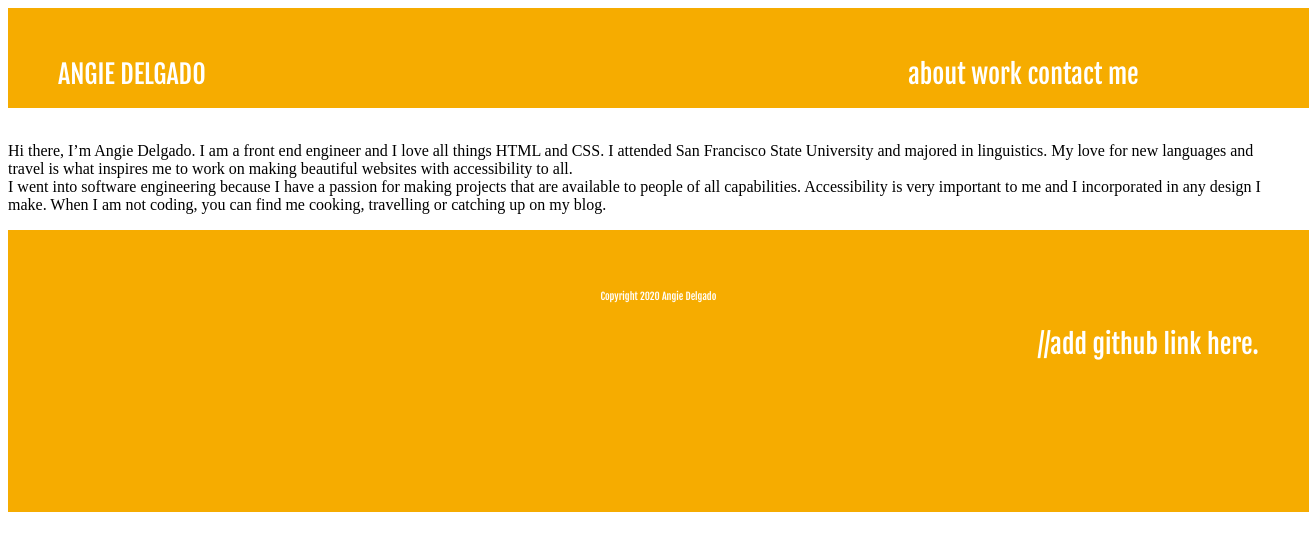
Repository: seleniadelgado/meda-spring2020-angie
Page: projects/portfolio/index.html
These files come from the project's save history. The page is drawn as it stood at one moment and after the next save; the edit follows.
The browser window is 1280 px wide. The page is 1309 px wide, so the pictures cover 1309 px, including what lies to the right of the window. The pictures show the whole page.

Above is the page before, as saved 2020-03-02 11:02:48.

After the next save:
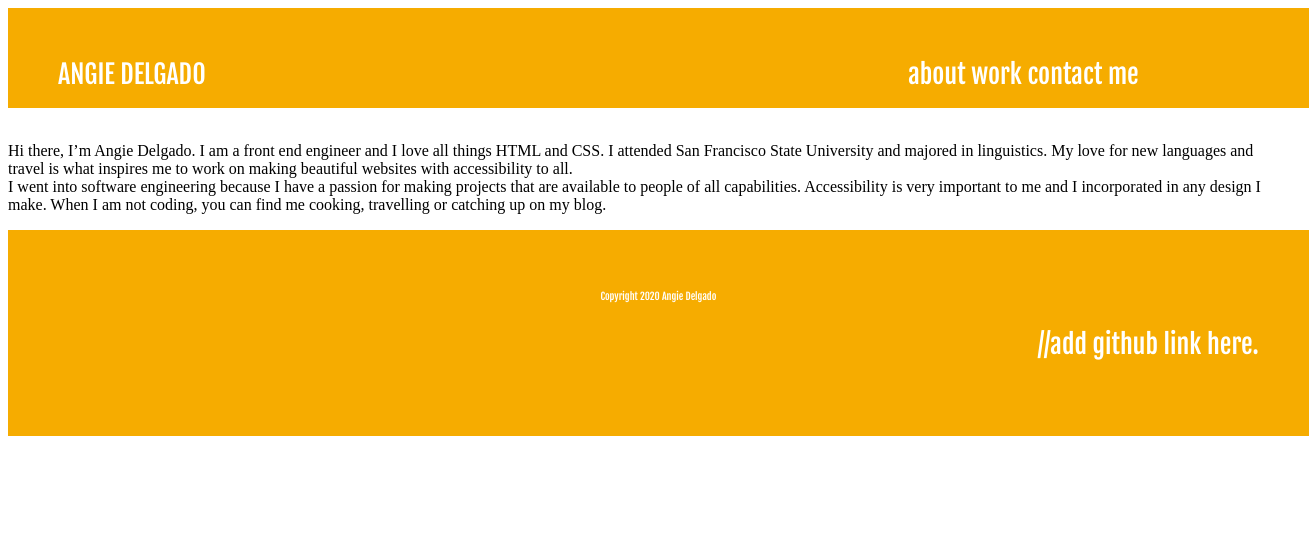
Saved 17 s later.
--- a/projects/portfolio/styles.css
+++ b/projects/portfolio/styles.css
@@ -34,7 +34,6 @@ ul {
  }
  /* Footer style starts */
  footer {
-    padding-bottom: 10%;
     color: white;
     text-shadow: black;
  }
